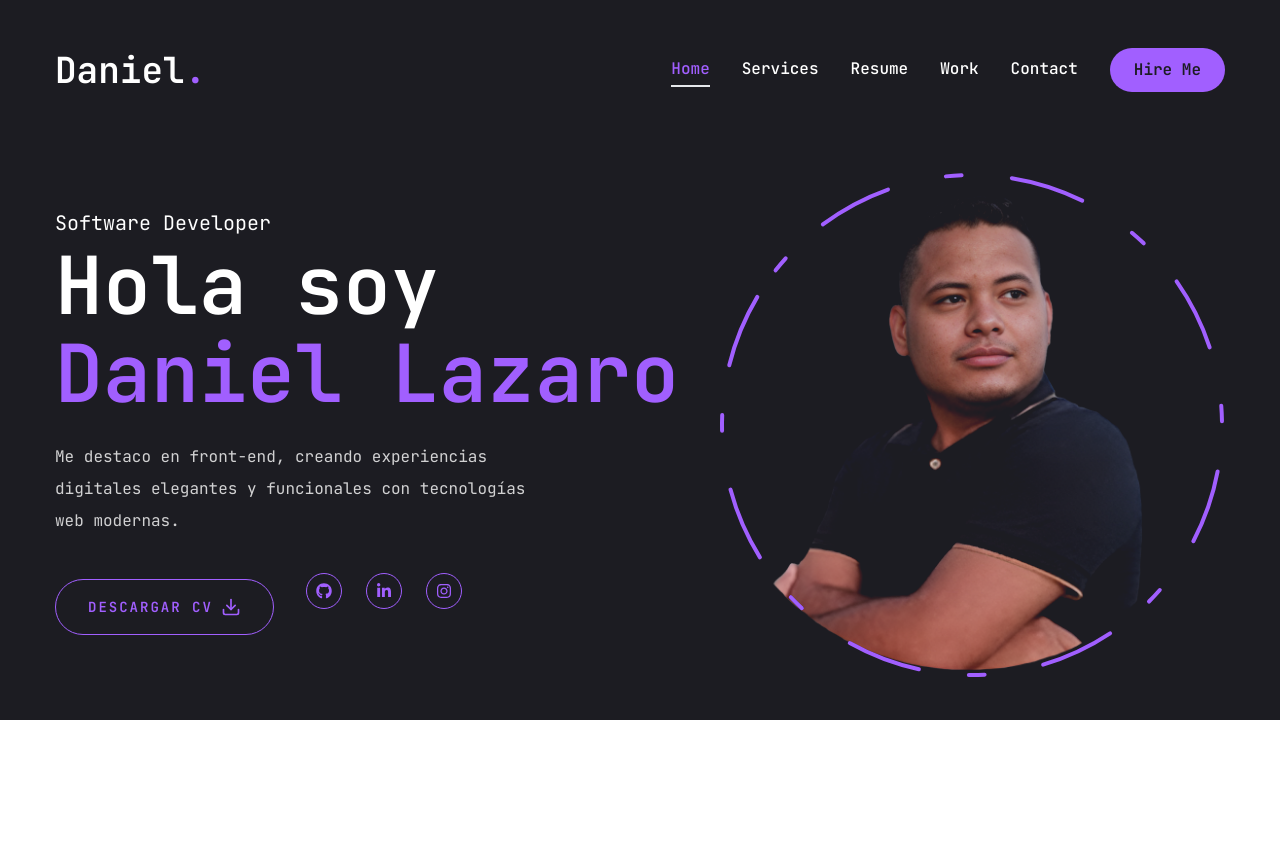
Repository: itsDarkos/Daniel-Portfolio
Page: /
These files come from the project's save history. The page is drawn as it stood at one moment and after the next save; the edit follows.
The browser window is 1280 px wide. The pictures show the whole page.
The project was rebuilt for these pictures with package versions that can differ from the ones it lists, and the page was loaded fresh each time. The framework's server and built-in components were replaced by stand-ins that run in the browser. Also part of the build but not shown: next.config.mjs.

Above is the page before, as saved 2025-01-04 19:18:16.

After the next save:
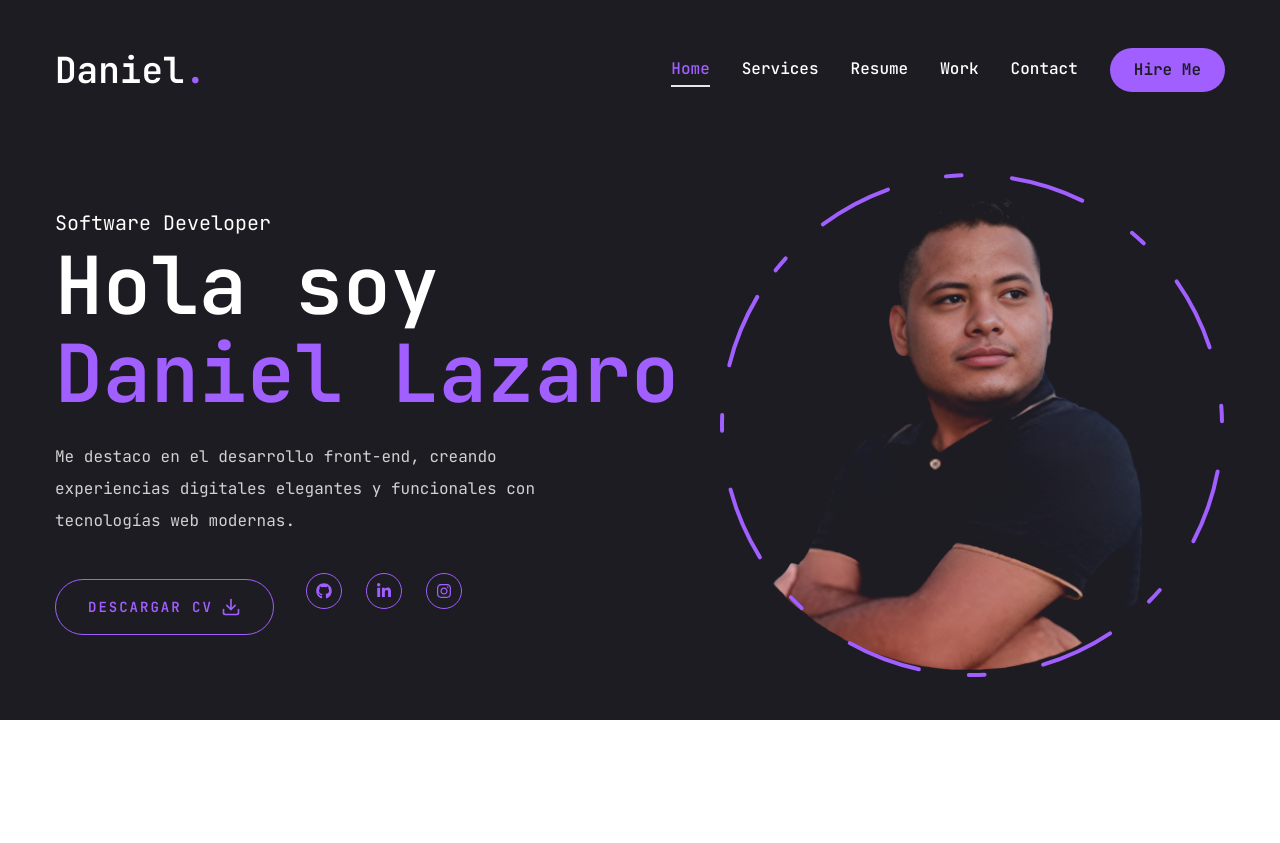
Saved 7 s later.
--- a/app/page.jsx
+++ b/app/page.jsx
@@ -18,7 +18,7 @@ const Home = () => {
               Hola soy <br /> <span className="text-accent">Daniel Lazaro</span>
             </h1>
             <p className="max-w-[500px] mb-9 text-white/80">
-              Me destaco en front-end, creando experiencias
+              Me destaco en el desarrollo front-end, creando experiencias
               digitales elegantes y funcionales con tecnologías web modernas.
             </p>
             {/* btn and socials */}
